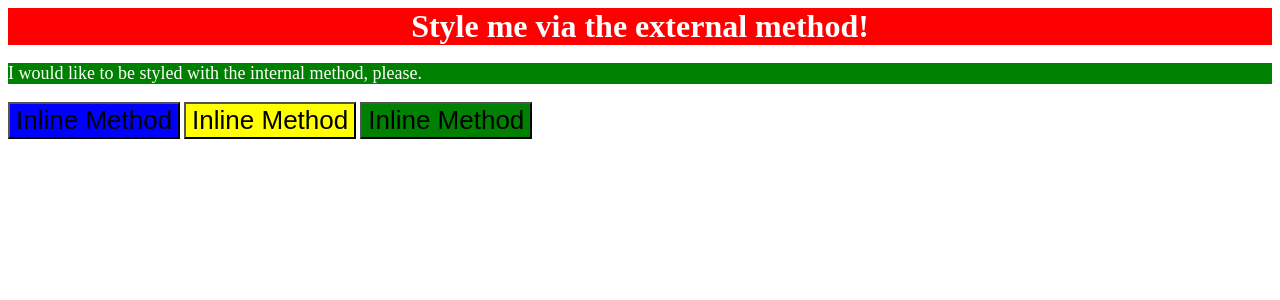
Repository: Spencertainty/practice-time
Page: css-exercises/foundations/01-css-methods/solution/solution.html
These files come from the project's save history. The page is drawn as it stood at one moment and after the next save; the edit follows.
The browser window is 1280 px wide. The pictures show the whole page.

Above is the page before, as saved 2023-12-01 22:28:17.

After the next save:
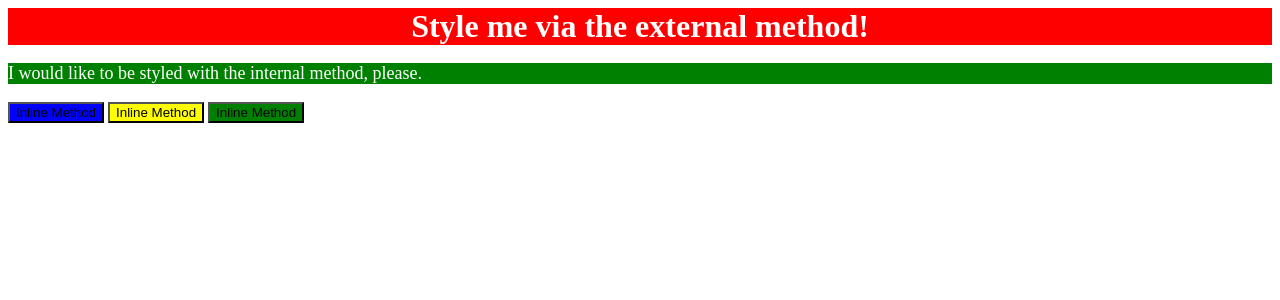
Saved 47 s later.
--- a/css-exercises/foundations/01-css-methods/solution/solution.html
+++ b/css-exercises/foundations/01-css-methods/solution/solution.html
@@ -12,11 +12,8 @@
         background-color: green;
         color: white;
         font-size: 18px;
-      }
-      button {
-        background-color: orange; font-size: 26px;
-      }
-    </style>
+              }
+   </style>
   </head>
   <body>
     <div>Style me via the external method!</div>
